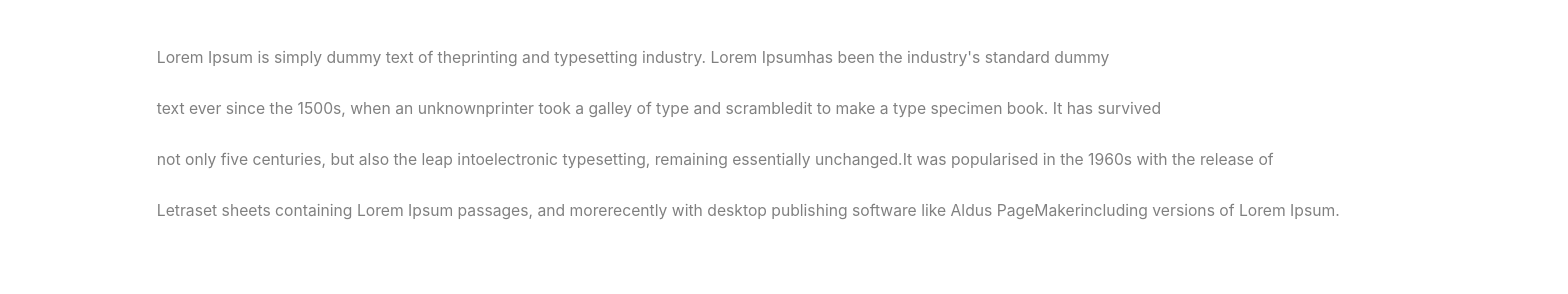
Repository: eg7eg7/Text-Play
Page: /
These files come from the project's save history. The page is drawn as it stood at one moment and after the next save; the edit follows.
The browser window is 1280 px wide. The page is 1600 px wide, so the pictures cover 1600 px, including what lies to the right of the window. The pictures show the whole page, at 98% of full size.
The project was rebuilt for these pictures with package versions that can differ from the ones it lists, and the page was loaded fresh each time.

Above is the page before, as saved 2021-01-11 23:21:02.

After the next save:
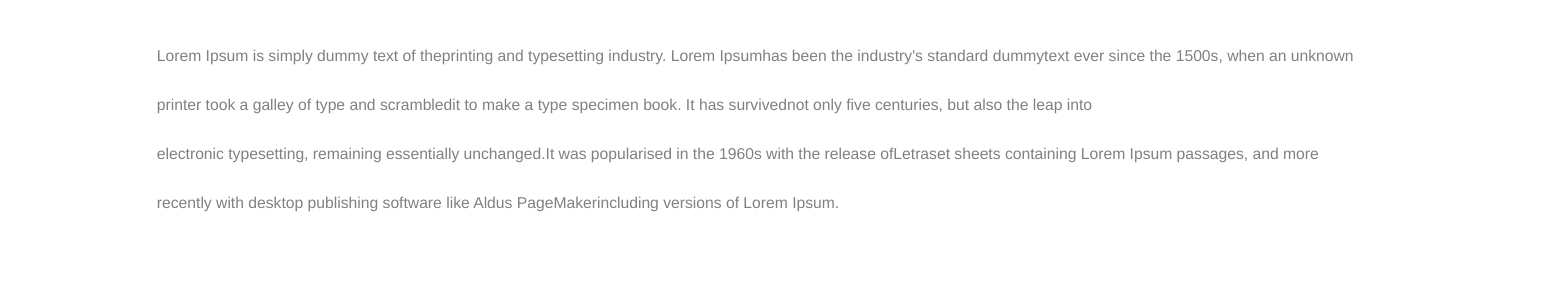
Saved 43 s later.
--- a/src/TextPlay.css
+++ b/src/TextPlay.css
@@ -6,7 +6,9 @@ p.bold {
     font-weight: bold;
     color:black;
 }
-
+p {
+    font-family: 'Franklin Gothic Medium', 'Arial Narrow', Arial, sans-serif;
+}
 div.textBlock {
     float: left;
 }
